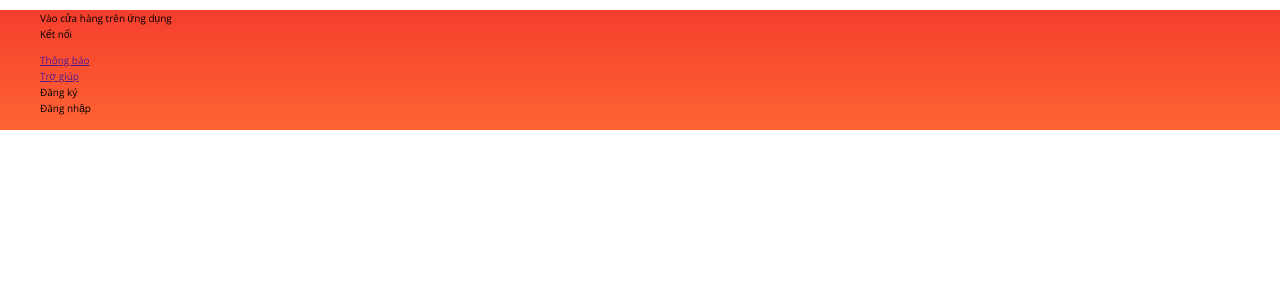
Repository: trongtamdev/Clone-Shopee-Page
Page: index.html
The author's editor kept a copy of each file at every save. The page is drawn from the files as they stood at one save, then again after the next save.
The browser window is 1280 px wide. The pictures show the whole page.

Above is the page before, as saved 2022-07-05 15:34:32.

### index.html
<!DOCTYPE html>
<html lang="en">

<head>
    <meta charset="UTF-8">
    <meta http-equiv="X-UA-Compatible" content="IE=edge">
    <meta name="viewport" content="width=device-width, initial-scale=1.0">
    <title>Document</title>
    <link rel="stylesheet" href="https://cdnjs.cloudflare.com/ajax/libs/normalize/8.0.1/normalize.min.css">
    <link rel="stylesheet" href="assets/css/base.css">
    <link rel="stylesheet" href="assets/css/main.css">
    <link href="https://fonts.googleapis.com/css2?family=Open+Sans:wght@300;400;500;700&display=swap" rel="stylesheet">
</head>
    <div class="app">
        <header class="header">
            <nav class="header__navbar">
                <ul class="header__navbar-list">
                    <li class="header__navbar-item">
                        Vào cửa hàng trên ứng dụng
                    </li>
                    <li class="header__navbar-item">
                        Kết nối
                    </li>
                </ul>

                <ul class="header__navbar-list">
                    <li class="header__navbar-item">
                        <a href="" class="header__navbar-item-link">Thông báo</a>
                    </li>

                    <li class="header__navbar-item">
                        <a href="" class="header__navbar-item-link">Trợ giúp</a>
                    </li>

                    <li class="header__navbar-item">Đăng ký</li>
                    <li class="header__navbar-item">Đăng nhập</li>
                </ul>
            </nav>
        </header>

        <div class="container">

        </div>

        <footer class="footer">

        </footer>
    </div>

<body>

</body>

</html>

### assets/css/base.css
:root {
    --white-color :#fff;
    --back-color :#000;
    --text-color : #333;
}

*{
    box-sizing: inherit;
}

html {
    font-size: 62.5%;
    line-height: 1.6rem;
    font-family: 'Open Sans', sans-serif;;
    box-sizing: border-box;
}

.grid {
    width: 1200px;
    max-width: 100%;
    margin: 0 auto;
}

.grid__full-width {
    width: 100%;
}

.grid__row {
    display: flex;
    flex-wrap: wrap
}

### assets/css/main.css
.header {
    height: 120px;
    background-image: linear-gradient(0, #fe6433, #f53e2d);
}

.header__navbar-list {
    list-style: none;
}

After the next save:
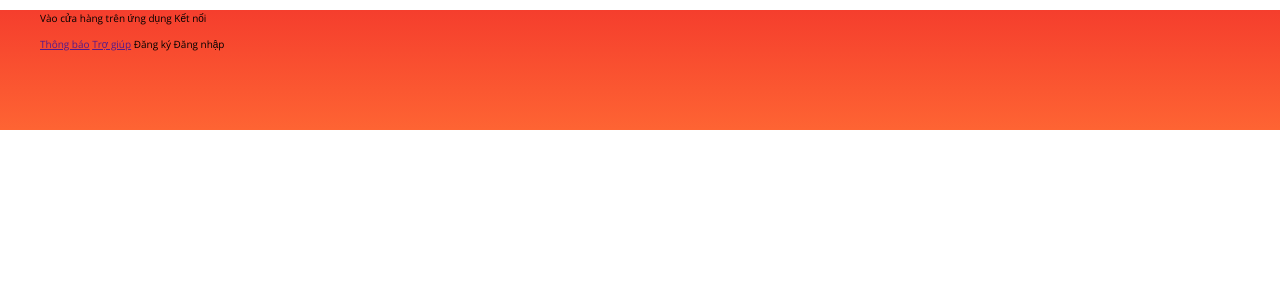
Saved 74 s later.
--- a/assets/css/main.css
+++ b/assets/css/main.css
@@ -6,3 +6,7 @@
 .header__navbar-list {
     list-style: none;
 }
+
+.header__navbar-item {
+    display: inline-block;
+}
